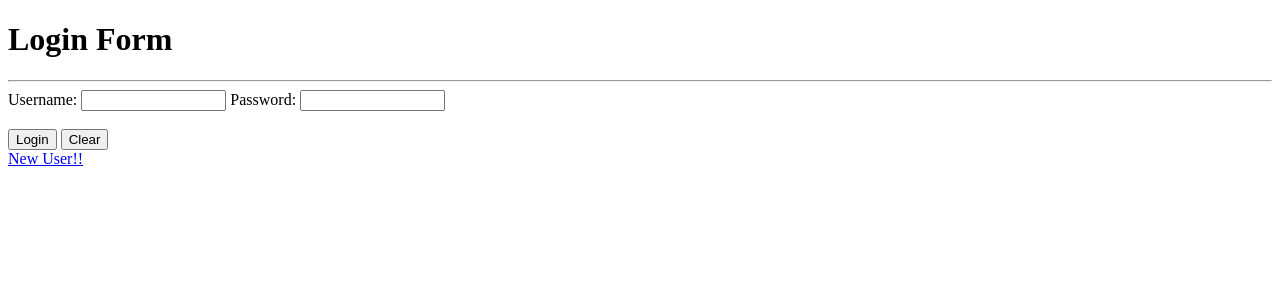
Repository: vanarla/Day8
Page: LoginApp/WebContent/login.html
An editor plug-in stored every save of this project. The page is shown before and after the next save, followed by the edit.
The browser window is 1280 px wide. The pictures show the whole page.

Above is the page before, as saved 2018-09-05 10:15:05.

### LoginApp/WebContent/login.html
<!DOCTYPE html>
<html>
<head>
<meta charset="ISO-8859-1">
<title>Login Page</title>
</head>
<body>

<h1>Login Form</h1>
<hr>
<form action="login" method="post">

<label>Username:</label>
<input type="text" name="username" size="15"/>
<label>Password:</label>
<input type="text" name="password" size="15"/>
<br><br>
<input type="submit" value="Login"/>
<input type="reset" value="Clear"/>

</form>

<a href="registration.html">New User!!</a>
</body>
</html>

After the next save:
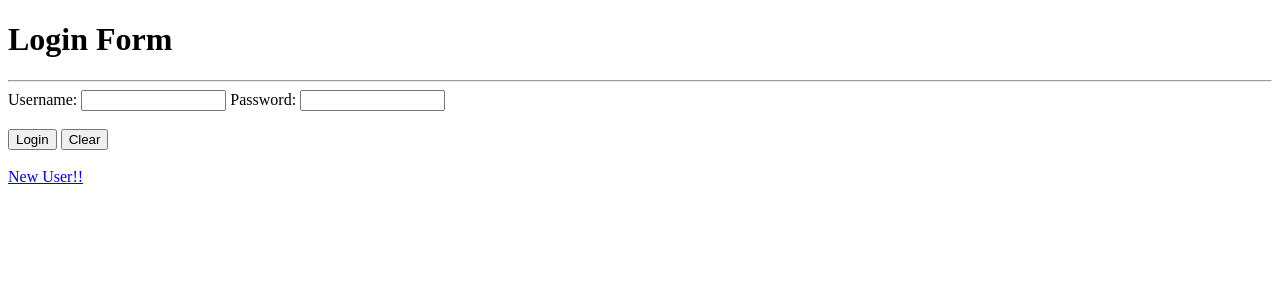
Saved 20 s later.
--- a/LoginApp/WebContent/login.html
+++ b/LoginApp/WebContent/login.html
@@ -17,9 +17,10 @@
 <br><br>
 <input type="submit" value="Login"/>
 <input type="reset" value="Clear"/>
-
+<br><br>
+<a href="registration.html">New User!!</a>
 </form>
 
-<a href="registration.html">New User!!</a>
+
 </body>
 </html>
